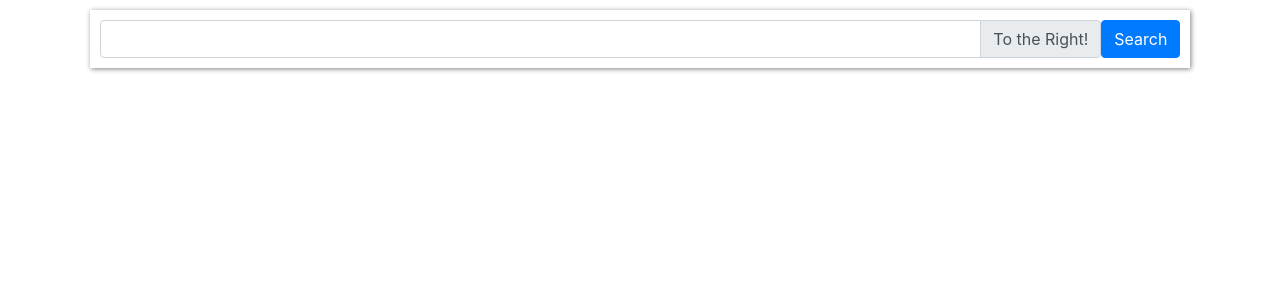
Repository: the-manohar/gallery
Page: /
The author's editor kept a copy of each file at every save. The page is drawn from the files as they stood at one save, then again after the next save.
The browser window is 1280 px wide. The pictures show the whole page.
The project was rebuilt for these pictures with package versions that can differ from the ones it lists, and the page was loaded fresh each time.

Above is the page before, as saved 2020-06-18 23:05:01.

After the next save:
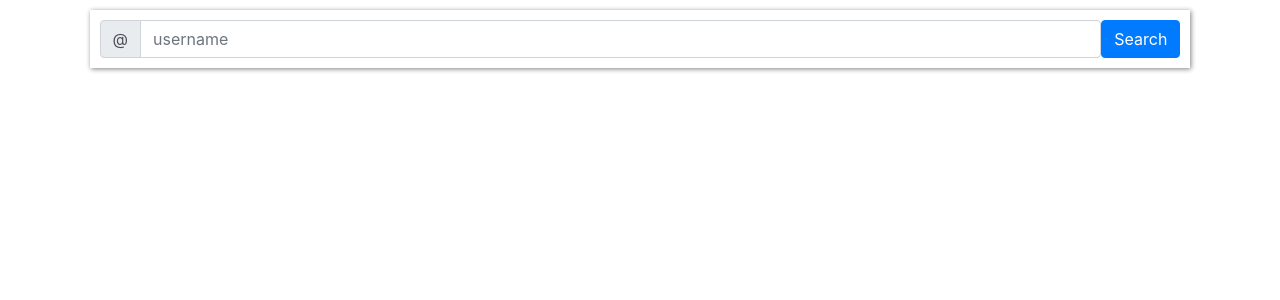
Saved 56 s later.
--- a/src/App.js
+++ b/src/App.js
@@ -26,10 +26,10 @@ function App() {
       <div className="mydiv">
         {/* <span>Search</span> */}
         <InputGroup>
-          <Input />
-          <InputGroupAddon addonType="append">
-            <InputGroupText>To the Right!</InputGroupText>
+          <InputGroupAddon addonType="prepend">
+            <InputGroupText>@</InputGroupText>
           </InputGroupAddon>
+          <Input placeholder="username" />
         </InputGroup>
         {/* <input
           style={{ width: "60%" }}
